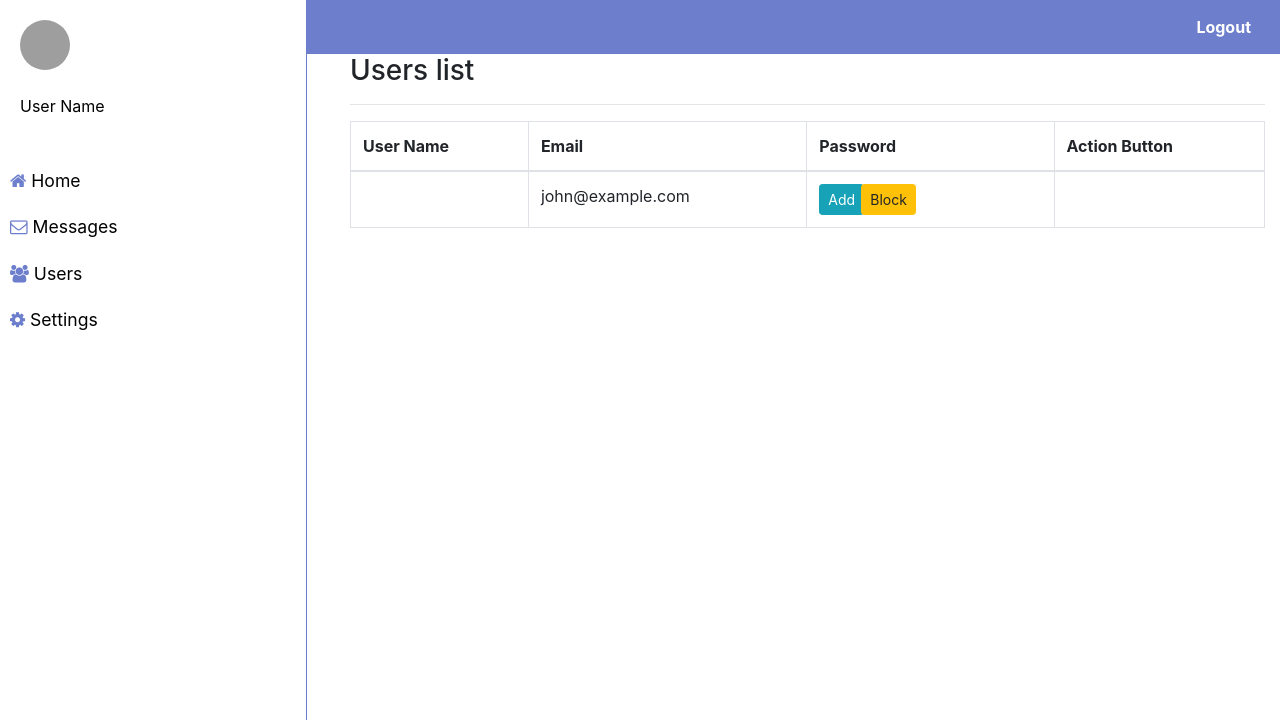
Repository: Evelyn-kate/chatapp-frontend-backend
Page: /users (app in my-app/)
These files come from the project's save history. The page is drawn as it stood at one moment and after the next save; the edit follows.
The browser window is 1280 px wide. The pictures show the whole page.
Pictures or frames that could not be fetched are drawn as grey boxes. Some web libraries are served in a nearby version. The project was rebuilt for these pictures with package versions that can differ from the ones it lists, and the page was loaded fresh each time. Also part of the build but not shown: my-app/src/components/WelcomeComponent.jsx, my-app/src/components/LoginComponent.jsx, my-app/src/components/WelcomedComponent.jsx, my-app/src/components/SettingsComponent.jsx, my-app/src/components/MessageComponent.jsx, my-app/src/components/AddComponent.jsx.

Above is the page before, as saved 2020-11-13 14:53:40.

### my-app/public/index.html
<!DOCTYPE html>
<html lang="en">

<head>
    <meta charset="utf-8" />
    <link rel="icon" href="%PUBLIC_URL%/favicon.ico" />
    <link rel="stylesheet" href="https://stackpath.bootstrapcdn.com/bootstrap/4.4.1/css/bootstrap.min.css" integrity="sha384-Vkoo8x4CGsO3+Hhxv8T/Q5PaXtkKtu6ug5TOeNV6gBiFeWPGFN9MuhOf23Q9Ifjh" crossOrigin="anonymous">
    <meta name="viewport" content="width=device-width, initial-scale=1" />
    <meta name="theme-color" content="#000000" />
    <meta name="description" content="Web site created using create-react-app" />
    <link rel="apple-touch-icon" href="%PUBLIC_URL%/logo192.png" />
    <link rel="stylesheet" href="https://cdnjs.cloudflare.com/ajax/libs/font-awesome/4.7.0/css/font-awesome.min.css" />

    <!--
      manifest.json provides metadata used when your web app is installed on a
      user's mobile device or desktop. See https://developers.google.com/web/fundamentals/web-app-manifest/
    -->
    <link rel="manifest" href="%PUBLIC_URL%/manifest.json" />
    <!--
      Notice the use of %PUBLIC_URL% in the tags above.
      It will be replaced with the URL of the `public` folder during the build.
      Only files inside the `public` folder can be referenced from the HTML.

      Unlike "/favicon.ico" or "favicon.ico", "%PUBLIC_URL%/favicon.ico" will
      work correctly both with client-side routing and a non-root public URL.
      Learn how to configure a non-root public URL by running `npm run build`.
    -->
    <title>React App</title>
</head>

<body>
    <noscript>You need to enable JavaScript to run this app.</noscript>

    <script src="https://code.jquery.com/jquery-3.4.1.slim.min.js" integrity="sha384-J6qa4849blE2+poT4WnyKhv5vZF5SrPo0iEjwBvKU7imGFAV0wwj1yYfoRSJoZ+n" crossOrigin="anonymous"></script>
    <script src="https://cdn.jsdelivr.net/npm/popper.js@1.16.0/dist/umd/popper.min.js" integrity="sha384-Q6E9RHvbIyZFJoft+2mJbHaEWldlvI9IOYy5n3zV9zzTtmI3UksdQRVvoxMfooAo" crossOrigin="anonymous"></script>
    <script src="https://stackpath.bootstrapcdn.com/bootstrap/4.4.1/js/bootstrap.min.js" integrity="sha384-wfSDF2E50Y2D1uUdj0O3uMBJnjuUD4Ih7YwaYd1iqfktj0Uod8GCExl3Og8ifwB6" crossOrigin="anonymous"></script>
    <!-- <script src="https://facebook.github.io/react/js/jsfiddle-integration-babel.js"></script> -->
    <script src="https://ajax.googleapis.com/ajax/libs/jquery/1.11.1/jquery.min.js"></script>
    <script src="https://unpkg.com/axios/dist/axios.min.js"></script>

    <div id="root"></div>
    <!--
      This HTML file is a template.
      If you open it directly in the browser, you will see an empty page.

      You can add webfonts, meta tags, or analytics to this file.
      The build step will place the bundled scripts into the <body> tag.

      To begin the development, run `npm start` or `yarn start`.
      To create a production bundle, use `npm run build` or `yarn build`.
    -->
</body>

</html>

### my-app/src/index.js
import React from 'react';
import ReactDOM from 'react-dom';
import IndexComponent from './components/IndexComponent.jsx';
import './index.css';
import 'bootstrap/dist/css/bootstrap.min.css';
import './Login.scss';



ReactDOM.render( <
    IndexComponent / > ,
    document.getElementById('root')
);

### my-app/src/components/IndexComponent.jsx
import React from 'react';

import { BrowserRouter, Switch, Route } from 'react-router-dom';

import WelcomeComponent from './WelcomeComponent';

import LoginComponent from './LoginComponent';
import WelcomedComponent from './WelcomedComponent';
import UserComponent from './UserComponent';
import SettingsComponent from './SettingsComponent';
import MessageComponent from './MessageComponent';
import AddComponent from './AddComponent';


class IndexComponent extends React.Component {
    render() {
        return (
            <BrowserRouter>
                <Switch>
                    <Route exact path="/" component={LoginComponent} />
                    <Route path="/welcome/username" component={WelcomeComponent} />
                    <Route exact path="/logout" component={LoginComponent} />
                    <Route exact path="/welcome/admin" component={WelcomedComponent} />
                    <Route exact path="/users" component={UserComponent} />
                    <Route exact path="/users/add" component={AddComponent} />
                    <Route exact path="/settings" component={SettingsComponent} />
                    <Route exact path="/messages" component={MessageComponent} />
                </Switch>
            </BrowserRouter>
        );
    }
}
export default IndexComponent;

### my-app/src/Login.scss
/* styling the login page*/


/* form {
    border: 3px solid #7c84ec;
    position: absolute;
    background: blue;
} */

.form-login {
    background-color: #318CE7;
    border: 3px solid #7c84ec;
    position: absolute;
}

.box-login {
    padding-top: 50px;
}

button {
    background-color: #dbf113;
    color: white;
    padding: 14px 20px;
    margin: 8px 0;
    border: none;
    cursor: pointer;
    width: 75%;
    float: right;
}

button:hover {
    opacity: 0.8;
}

button.logout {
    width: initial;
    color: #fff
}

// css avatar
.avatar {
    vertical-align: middle;
    width: 50px;
    height: 50px;
    border-radius: 50%;
}

span.psw {
    float: left;
    //padding-top: 16px;
}

.btn btn-outline-success my-2 my-sm-0 {
    width: 40%;
    padding-block: 80px;
}

// Welcome style
.main-text {
    display: flex;
    min-height: 80vh;
    align-items: center;
    justify-content: center;
}


/*my style sidebar start*/

.wrapper {
    display: flex;
    width: 100%;
    align-items: stretch;
    overflow-x: hidden;
    overflow-y: auto;
}

a[data-toggle="collapse"] {
    position: relative;
}

.dropdown-toggle::after {
    display: block;
    position: absolute;
    top: 50%;
    right: 20px;
    transform: translateY(-50%);
}

@media (max-width: 700px) {
    #sidebar {
        margin-left: -250px;
    }
    #sidebar.active {
        margin-left: 0;
    }
}


/*
    ADDITIONAL DEMO STYLE, NOT IMPORTANT TO MAKE THINGS WORK BUT TO MAKE IT A BIT NICER :)
*/

///@import "https://fonts.googleapis.com/css?family=Poppins:300,400,500,600,700";
body {
    font-family: 'Poppins', sans-serif;
    background: #fafafa;
    overflow: scroll;
}

p {
    font-family: 'Poppins', sans-serif;
    font-size: 1.1em;
    font-weight: 300;
    line-height: 1.7em;
    color: #000;
}

a,
a:hover,
a:focus {
    color: inherit;
    text-decoration: none;
    transition: all 0.3s;
}

#sidebar {
    /* don't forget to add all the previously mentioned styles here too */
    background: #fff;
    color: #000;
    transition: all 0.3s;
    height: 100%;
    width: 24%;
    position: fixed;
    //min-height: 1000px;
    z-index: 999;
    overflow: auto;
    top: 0;
    bottom: 0px;
    left: 0;
    border-right: 1px solid #6d7fcc;
}

#sidebar .sidebar-header {
    padding: 20px;
    background: #fff;
}

#sidebar ul.components {
    padding: 20px 0;
    //  border-bottom: 1px solid #47748b;
}

#sidebar ul p {
    color: #fff;
    padding: 10px;
}

#sidebar ul li a {
    padding: 10px;
    font-size: 1.1em;
    display: block;
    text-decoration: none;
    color: #000;
}

#sidebar ul li a:hover {
    color: #000;
    background: #cecece;
}

#sidebar ul li.active>a,
a[aria-expanded="true"] {
    color: #000;
    background: #cecece;
}

ul ul a {
    font-size: 0.9em !important;
    padding-left: 30px !important;
    background: #fff;
}


/*my style sidebar end*/

.navbarr {
    background-color: #6d7fcc;
    padding-left: 0%;
}

.navbardiv {
    margin-left: -30px;
}

.fa {
    color: #6d7fcc;
}


/* Add media queries for small screens (when the height of the screen is less than 450px, add a smaller padding and font-size) */


/* @media screen and (max-height: 450px) {
    .sidebar {
        padding-top: 15px;
    }
    .sidebar a {
        font-size: 18px;
    }
}
 */


/*message start style*/

.container1 {
    border: 2px solid #dedede;
    background-color: #fff;
    border-radius: 5px;
    padding: 10px;
    margin: 10px 10px 10px 10px;
}


/* Darker chat container */

.darker {
    border-color: #ccc;
    background-color: #ddd;
}


/* Clear floats */

.container1::after {
    content: "";
    clear: both;
    display: table;
}


/* Style time text */

.time-right {
    float: right;
    color: #aaa;
}


/* Style time text */

.time-left {
    float: left;
    color: #999;
}

.publisher {
    position: relative;
    display: -webkit-box;
    display: flex;
    -webkit-box-align: center;
    align-items: center;
    padding: 12px 20px;
    background-color: #f9fafb
}

.publisher>*:first-child {
    margin-left: 0
}

.publisher>* {
    margin: 0 8px
}

.publisher-input {
    -webkit-box-flex: 1;
    flex-grow: 1;
    border: none;
    outline: none !important;
    background-color: transparent
}

.publisher-btn {
    background-color: transparent;
    border: none;
    color: #8b95a5;
    font-size: 16px;
    cursor: pointer;
    overflow: -moz-hidden-unscrollable;
    -webkit-transition: .2s linear;
    transition: .2s linear
}

.file-group input[type="file"] {
    position: absolute;
    opacity: 0;
    z-index: -1;
    width: 20px
}

.text-info {
    color: #48b0f7;
}


/* Style message avatar */

.container1 img {
    float: left;
    max-width: 60px;
    width: 100%;
    margin-right: 20px;
    border-radius: 50%;
}


/* Style the right image */

.container1 img.right {
    float: right;
    margin-left: 20px;
    margin-right: 0;
}


/*message styles end*/

@import "~bootstrap/scss/bootstrap";

### my-app/src/components/UserComponent.jsx
import React from 'react';
import NavComponent from './NavComponent';
import SideComponent from './SideComponent';



class UserComponent extends React.Component {
    // logout() {
    //     this.props.history.push('/logout');
    // }
    render() {
        const { username } = this.props.match.params;
        console.log(username);
        return (
            <div>

                <div className="container-fluid">
                    <div className="row">
                        {/* <!-- The sidebar --> */}
                        <div className="col-3">
                            <div>
                                <SideComponent />
                            </div>
                        </div>

                        <div className="col-9 pr-0">
                            {/*navbar component*/}
                            <NavComponent history={this.props.history} />


                            <div className="container">
                                <div className="panel panel-info">
                                    <div className="panel-heading">
                                        <h3> Users list</h3>
                                        <hr />
                                    </div>

                                    <div className="panel-body">


                                        <table className="table table-bordered" id="example">
                                            <thead>
                                                <tr>
                                                    <th>User Name</th>
                                                    <th>Email</th>
                                                    <th>Password</th>
                                                    <th>Action Button</th>
                                                </tr>
                                            </thead>
                                            <tbody>
                                                <tr>
                                                    <td></td>
                                                    <td>john@example.com</td>
                                                    <td>
                                                        <div className="row">
                                                            <div className="col-2">
                                                                <a href="#" class="btn btn-sm btn-info">Add</a>
                                                            </div>
                                                            <div className="col-2">
                                                                <a href="#" class="btn btn-sm btn-warning">Block</a>
                                                            </div>
                                                        </div>
                                                    </td>
                                                </tr>

                                            </tbody>
                                        </table>

                                    </div>
                                </div>
                            </div>

                        </div>

                    </div>
                </div>
            </div>
        );
    }
}

export default UserComponent;

### my-app/src/components/NavComponent.jsx
import React from 'react';

class NavComponent extends React.Component{
    logout = () => {
        this.props.history.push('/logout');
    }
    render () {
        return (
            <div className="navbardiv">
                <nav className="navbar navbarr justify-content-end navbar-expand-lg">
                    <button className="btn btn-default logout" type="submit" onClick={this.logout}> <b>Logout</b></button>
                </nav>
            </div>
        );

    }
}
export default NavComponent;

### my-app/src/components/SideComponent.jsx
import React from 'react';

class SideComponent extends React.Component {
    render() {
        return (
            /*             <div class="sidebar">
                        <img src="/images/User_Avatar_2.png" alt="Avatar" className="avatar"/>
                        <h1>Username</h1>
                        <h4>User@worldvoice.eu</h4>
                        <a href="#home"><i className="fa fa-fw fa-envelope"></i>Messages</a>
                        <a href="#clients"><i className="fa fa-fw fa-user"></i> Users</a>
                        <a href="#contact"><i className="fa fa-fw fa-cog"></i>Settings</a>
                     </div>*/


            <nav id="sidebar">
                <div className="sidebar-header">
                    <div>
                        <img src="images/User.jpg" alt="Avatar" className="avatar" />
                    </div>
                    <br />
                    <span>User Name</span>

                </div>

                <ul className="list-unstyled components">
                    <li>

                        <a href=" http://localhost:3000/welcome/username">
                            <i className="fa fa-home" aria-hidden="true"></i>     Home
                         </a>
                    </li>

                    <li>

                        <a href=" http://localhost:3000/messages">
                            <i className="fa fa-envelope-o" aria-hidden="true"></i>     Messages
                </a>
                    </li>

                    <li>
                        <a href=" http://localhost:3000/users"><i className="fa fa-users" aria-hidden="true"></i>     Users</a>
                    </li>
                    <li>
                        <a href=" http://localhost:3000/settings"><i className="fa fa-cog" aria-hidden="true"></i>     Settings</a>
                    </li>
                </ul>
            </nav>




        );


    }

}
export default SideComponent;

Loaded but not shown: my-app/src/index.css (common file)

After the next save:
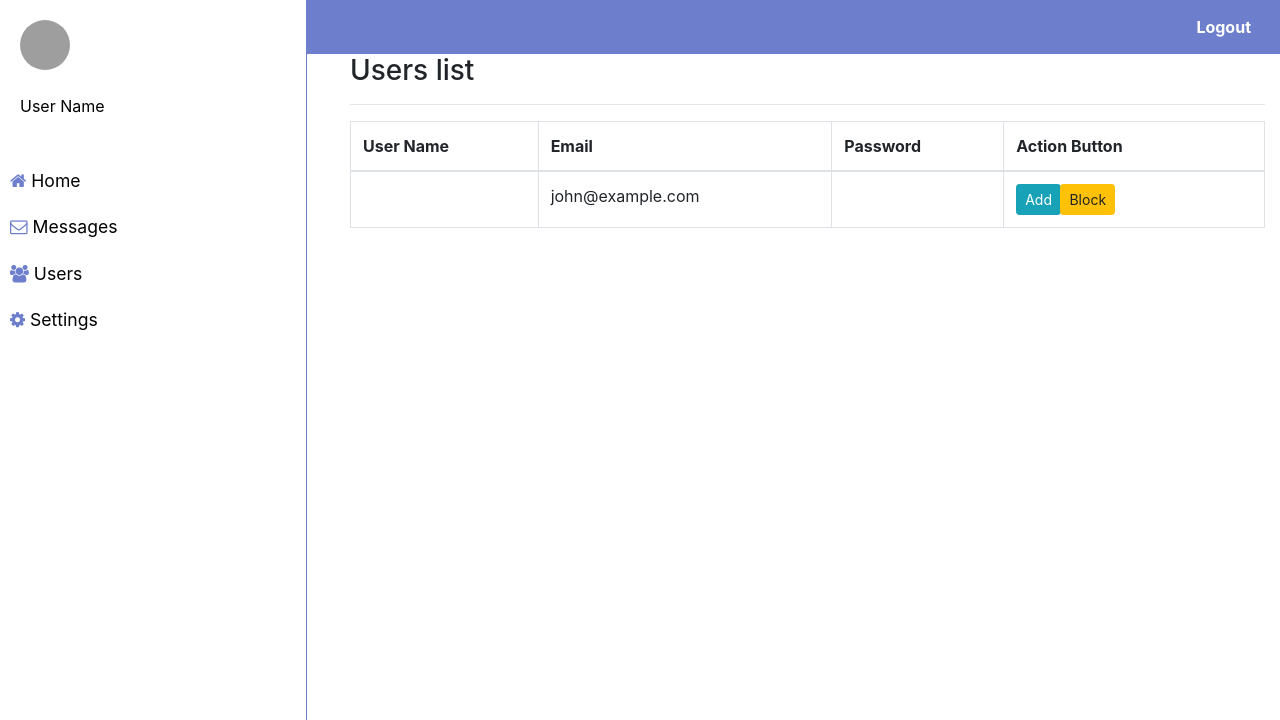
Saved 5 min 52 s later.
--- a/my-app/src/components/UserComponent.jsx
+++ b/my-app/src/components/UserComponent.jsx
@@ -51,6 +51,7 @@ class UserComponent extends React.Component {
                                                 <tr>
                                                     <td></td>
                                                     <td>john@example.com</td>
+                                                    <td></td>
                                                     <td>
                                                         <div className="row">
                                                             <div className="col-2">
